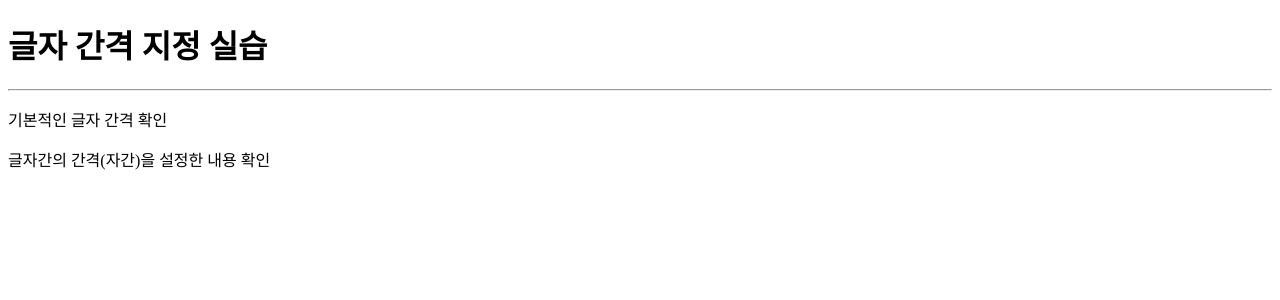
Repository: lolsoyeon/WebStudy
Page: WebApp02/WebContent/Test016.html
The author's editor kept a copy of each file at every save. The page is drawn from the files as they stood at one save, then again after the next save.
The browser window is 1280 px wide. The pictures show the whole page.

Above is the page before, as saved 2022-09-28 05:12:54.

After the next save:
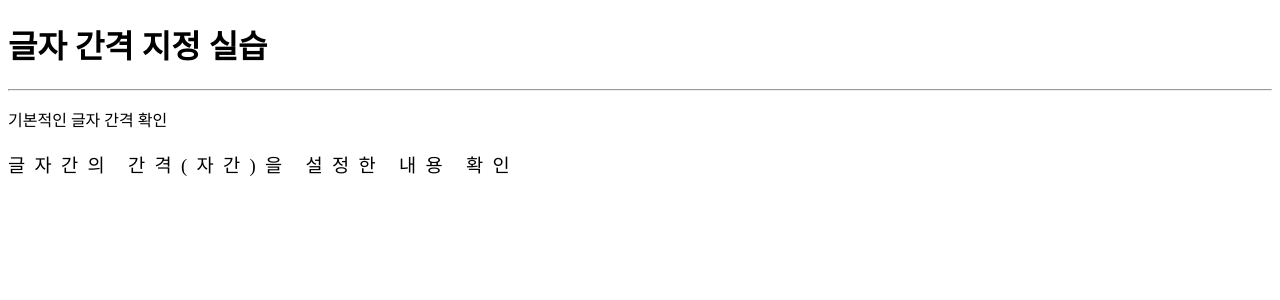
Saved 11 s later.
--- a/WebApp02/WebContent/Test016.html
+++ b/WebApp02/WebContent/Test016.html
@@ -19,7 +19,7 @@
 </div>
 
 <p>기본적인 글자 간격 확인</p>
-<p>글자간의 간격(자간)을 설정한 내용 확인</p>
+<p class="test">글자간의 간격(자간)을 설정한 내용 확인</p>
 
 </body>
 </html>
